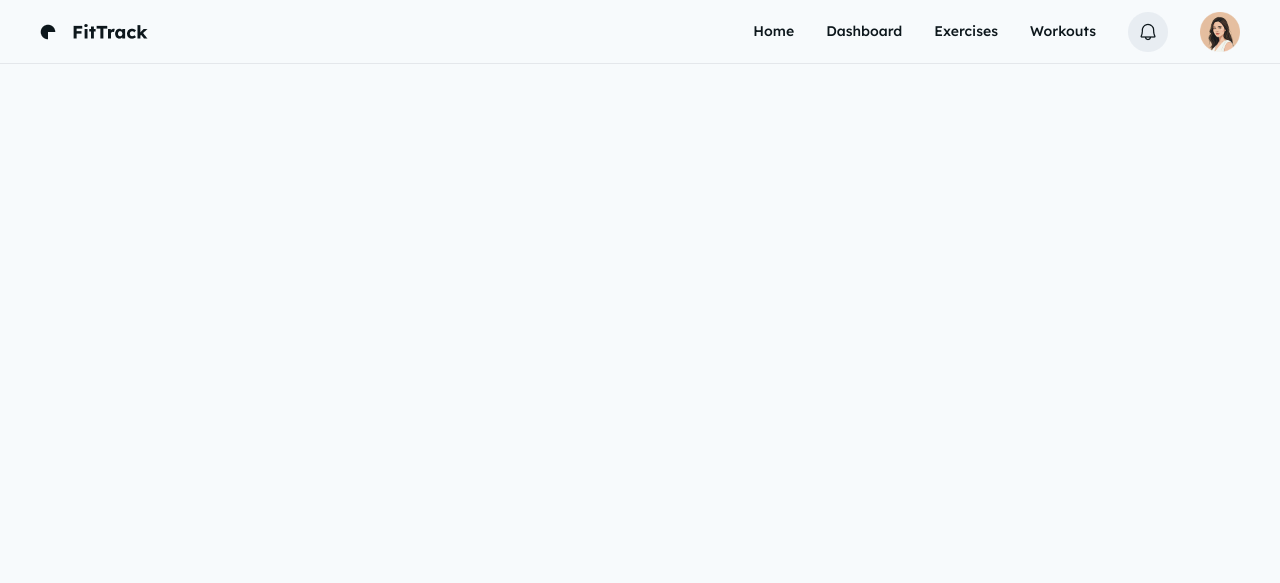
Repository: Emy-gold/fitness-tracking-platform
Page: /
An editor plug-in stored every save of this project. The page is shown before and after a run of saves, followed by the edit.
The browser window is 1280 px wide. The pictures show the whole page.
The project was rebuilt for these pictures with package versions that can differ from the ones it lists, and the page was loaded fresh each time. Also part of the build but not shown: vite.config.js, src/Pages/Dashboard.jsx, src/Pages/Exercises.jsx, src/Pages/Workouts.jsx, src/components/Footer.jsx.

Above is the page before, as saved 2025-08-24 21:44:05.

After the next 2 saves:
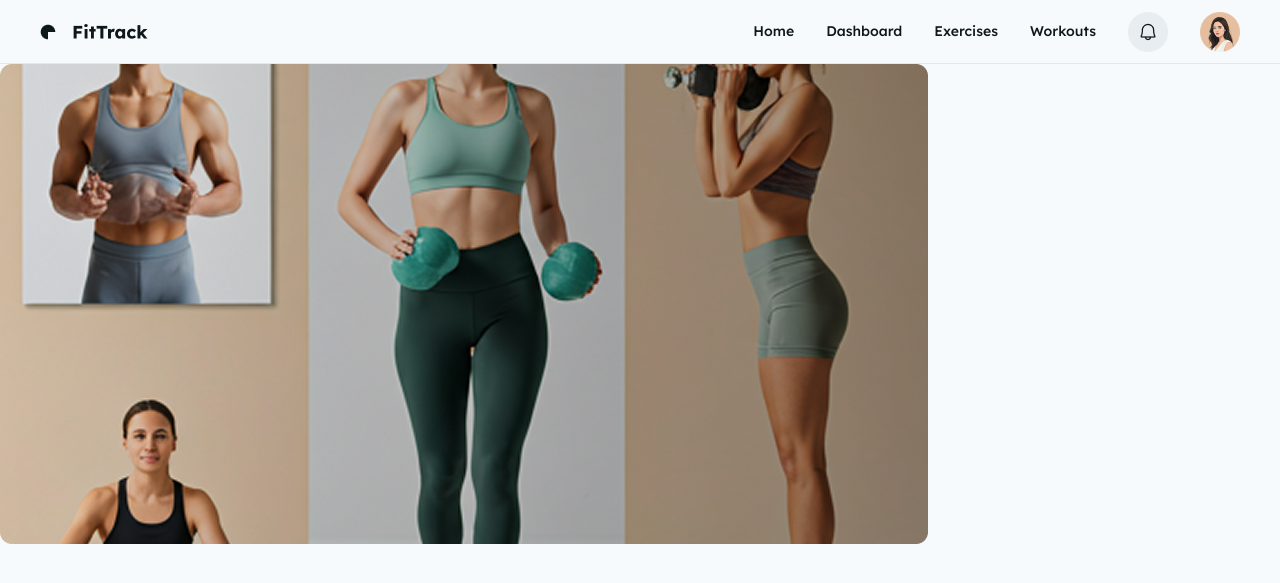
The 2 saves are shown as one change because 1 did not build or start.
The last was saved 2 min 7 s later.
--- a/src/Pages/Home.jsx
+++ b/src/Pages/Home.jsx
@@ -1,11 +1,16 @@
 import React from 'react';
 import Header from '../components/Header';
+import homepic from "../assets/home.png";
 
 function Home() {
     return (
         <>
             <main>
-                <section></section>
+                <section>
+                    <div>
+                        <img src={homepic} />
+                    </div>
+                </section>
                 <section></section>
                 <section></section>
             </main>
